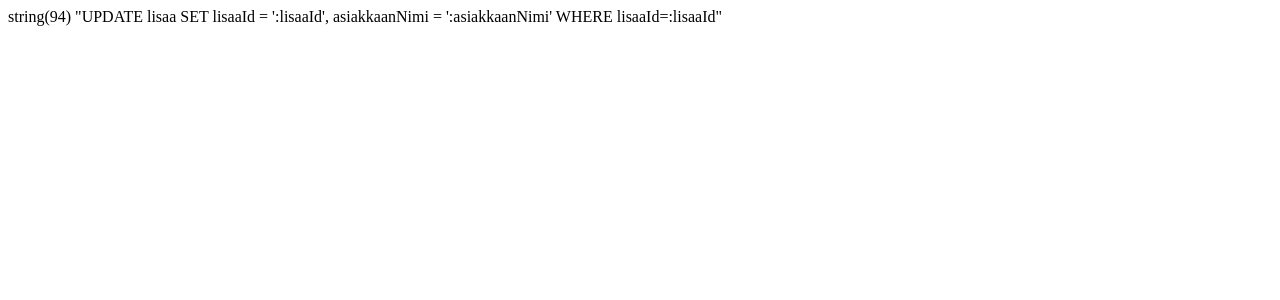
Repository: TommiKurjensalo/php
Page: http://localhost/test/function_to_function.php
The author's editor kept a copy of each file at every save. The page is drawn from the files as they stood at one save, then again after the next save.
The browser window is 1280 px wide. The pictures show the whole page.
The page is run by PHP 8.4 with error messages shown; the project is at /var/www/html/.

Above is the page before, as saved 2017-04-25 16:02:12.

After the next save:
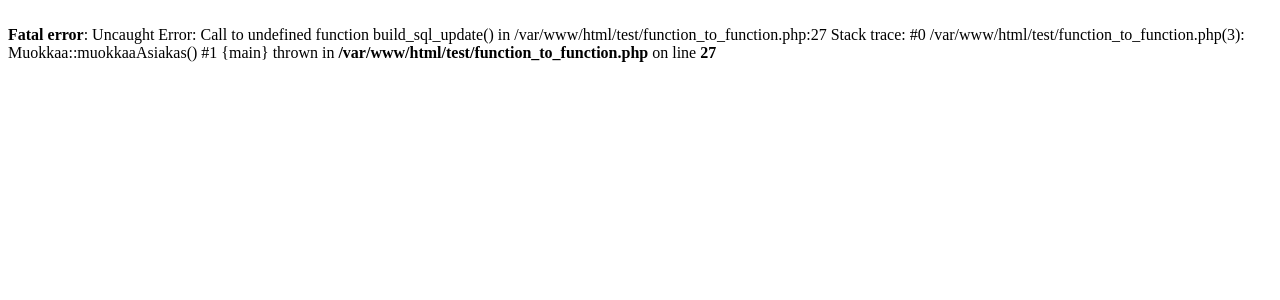
Saved 48 s later.
--- a/sivut/test/function_to_function.php
+++ b/sivut/test/function_to_function.php
@@ -4,7 +4,7 @@ Muokkaa::muokkaaAsiakas();
 
 class Muokkaa {
 
-static function build_sql_update($table, $data, $where)
+public function build_sql_update($table, $data, $where)
 {
 	$cols = array();
 
@@ -24,8 +24,8 @@ static function muokkaaAsiakas() {
 	$where = 'lisaaId=:lisaaId';
 
 
-	//$sql_lisaa = build_sql_update($table,$data,$where);
-	$sql_lisaa = Muokkaa::build_sql_update($table, $data, $where);
+	$sql_lisaa = build_sql_update($table,$data,$where);
+	//$sql_lisaa = Muokkaa::build_sql_update($table, $data, $where);
 	var_dump($sql_lisaa);
 }
 }
